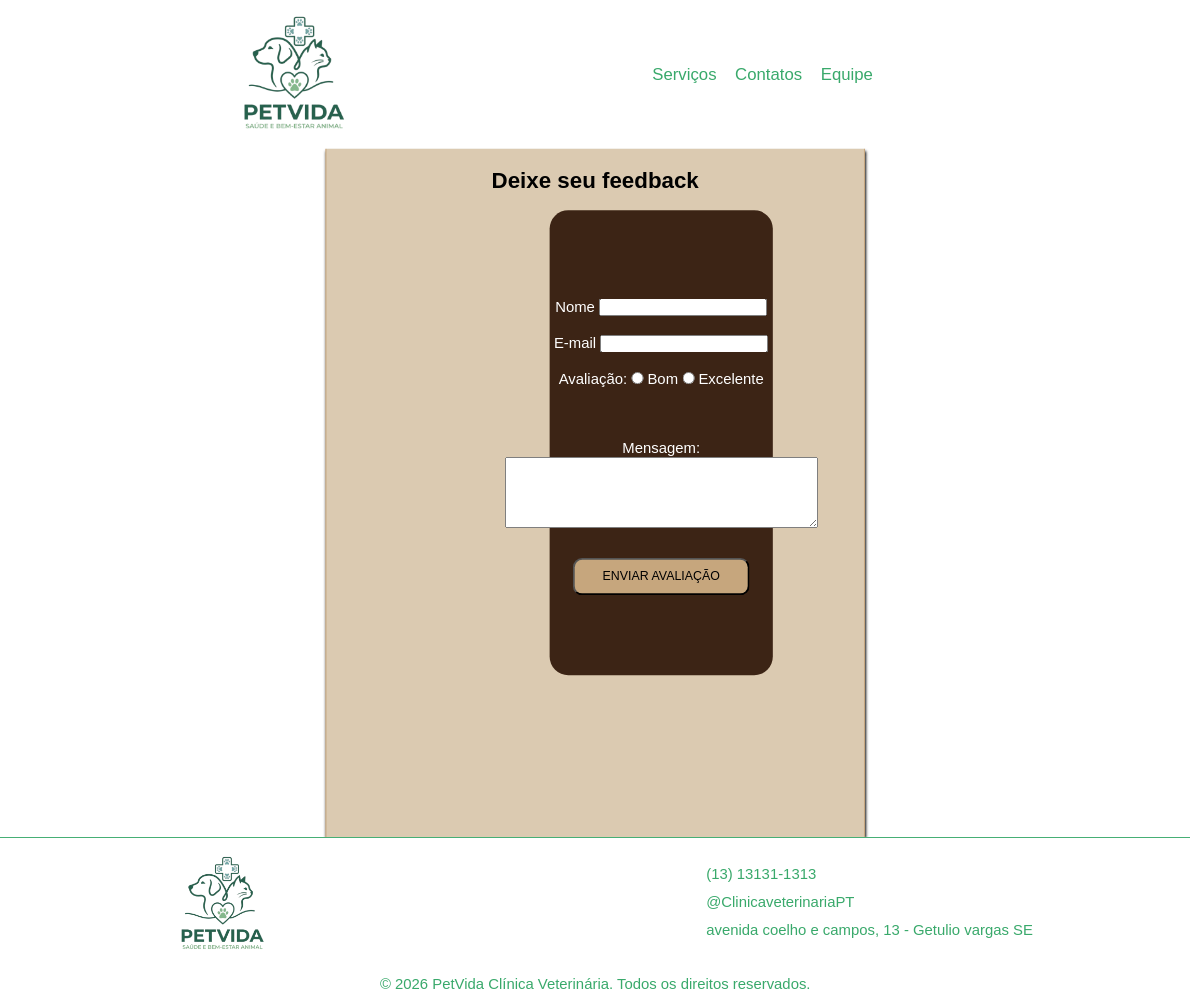
Repository: antonymsantana-design/Veterinario
Page: contatos.html
An editor plug-in stored every save of this project. The page is shown before and after a run of saves, followed by the edit.
The browser window is 1280 px wide. The pictures show the whole page, at 93% of full size.

Above is the page before, as saved 2026-10-03 18:41:53.

After the next 4 saves:
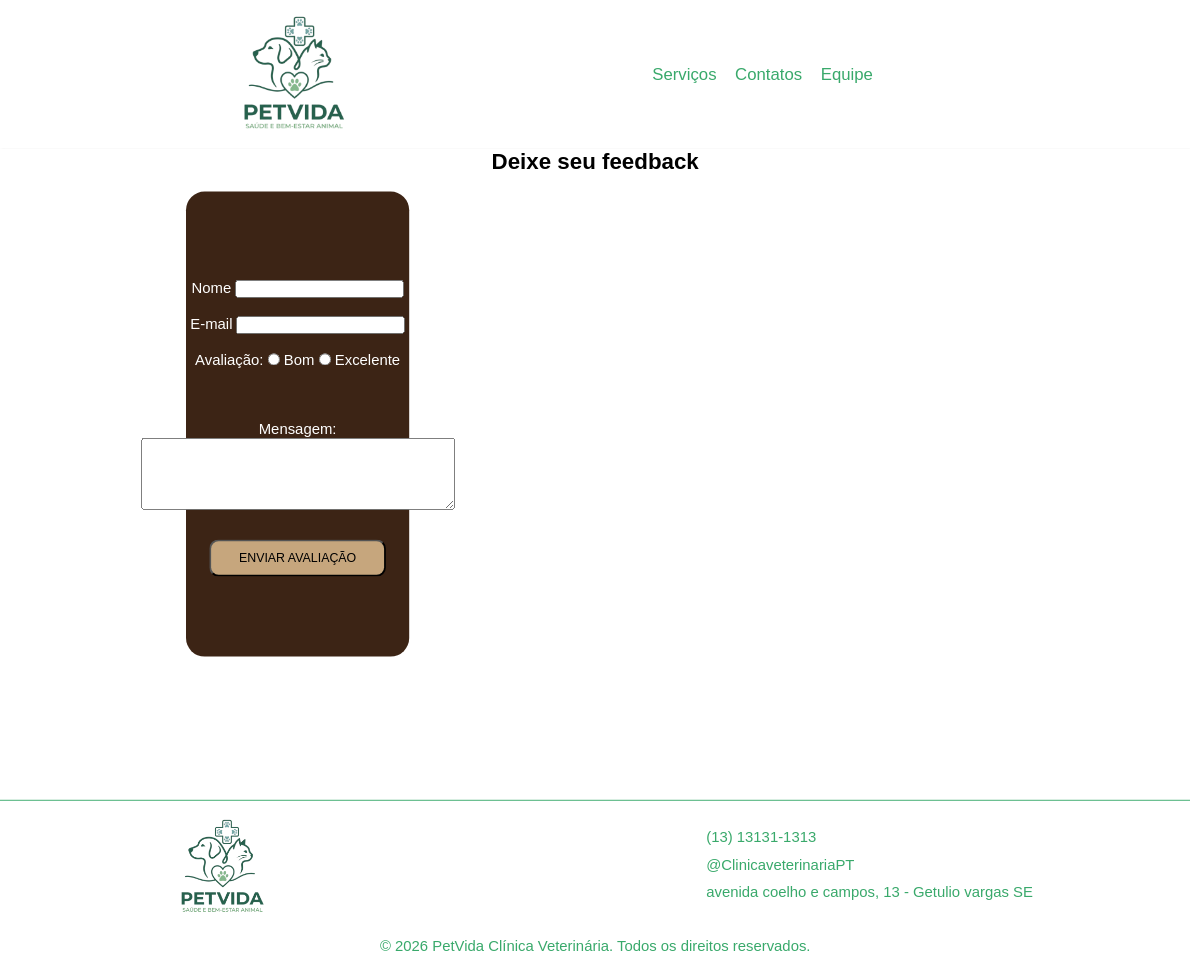
The 4 saves are shown as one change because they came seconds apart.
The last was saved 30 s later.
--- a/style.css
+++ b/style.css
@@ -342,12 +342,8 @@ h1{
 }
 
 .conteudu {
-    background-color: #DBCAB1;
-    text-align: center;
-    margin-left: 350px;
-    margin-right: 350px;
-    padding: 20px 40px;
-    border: 1px solid #C6A67D;
+    text-align: center;
+
     border-top: none;
     border-bottom: none;
     box-shadow: 1px 2px 3px black;
